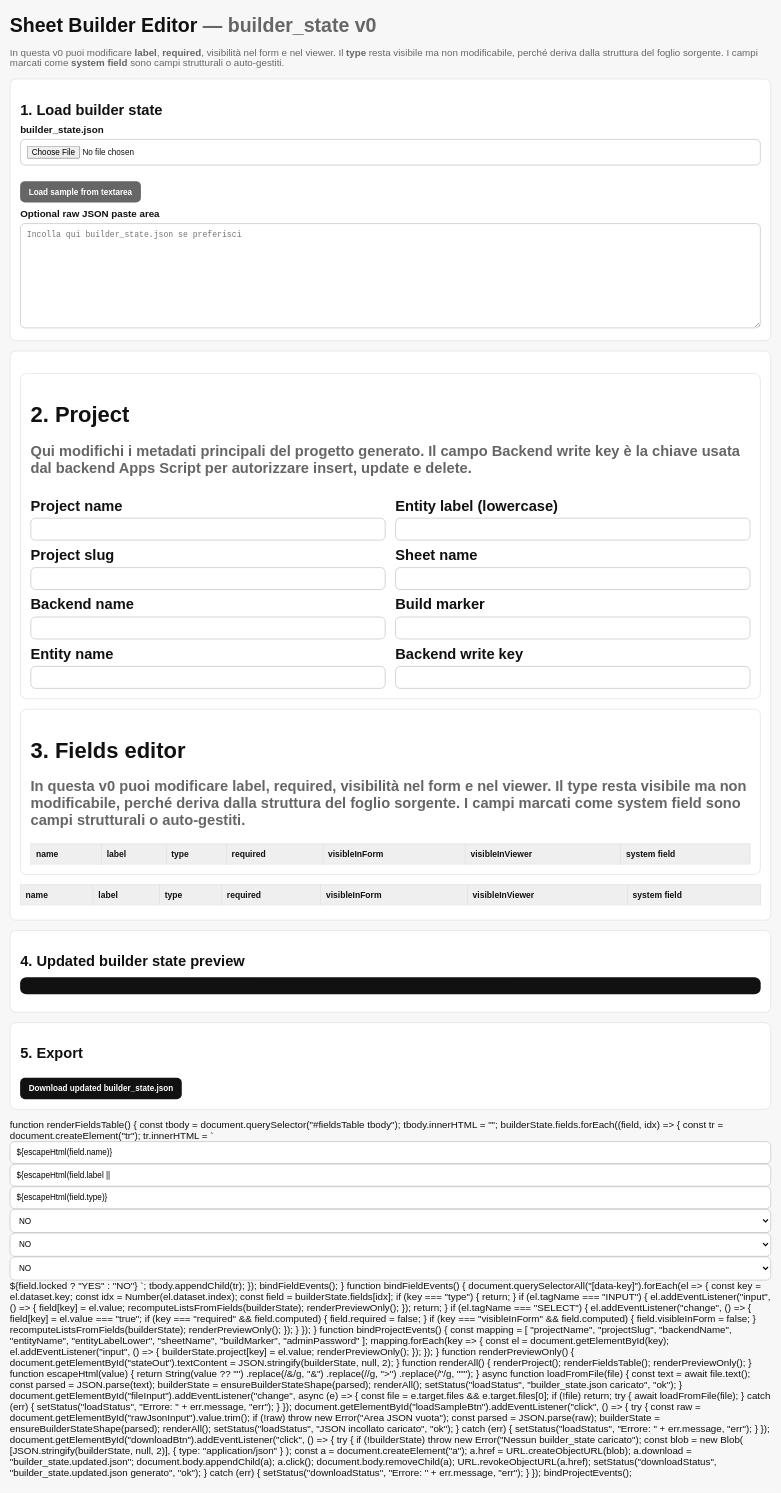
Repository: progettazionemauro/sheets.builder
Page: docs/builder.html
These files come from the project's save history. The page is drawn as it stood at one moment and after the next save; the edit follows.
The browser window is 1280 px wide. The pictures show the whole page, at 61% of full size.

Above is the page before, as saved 2026-04-13 20:19:49.

After the next save:
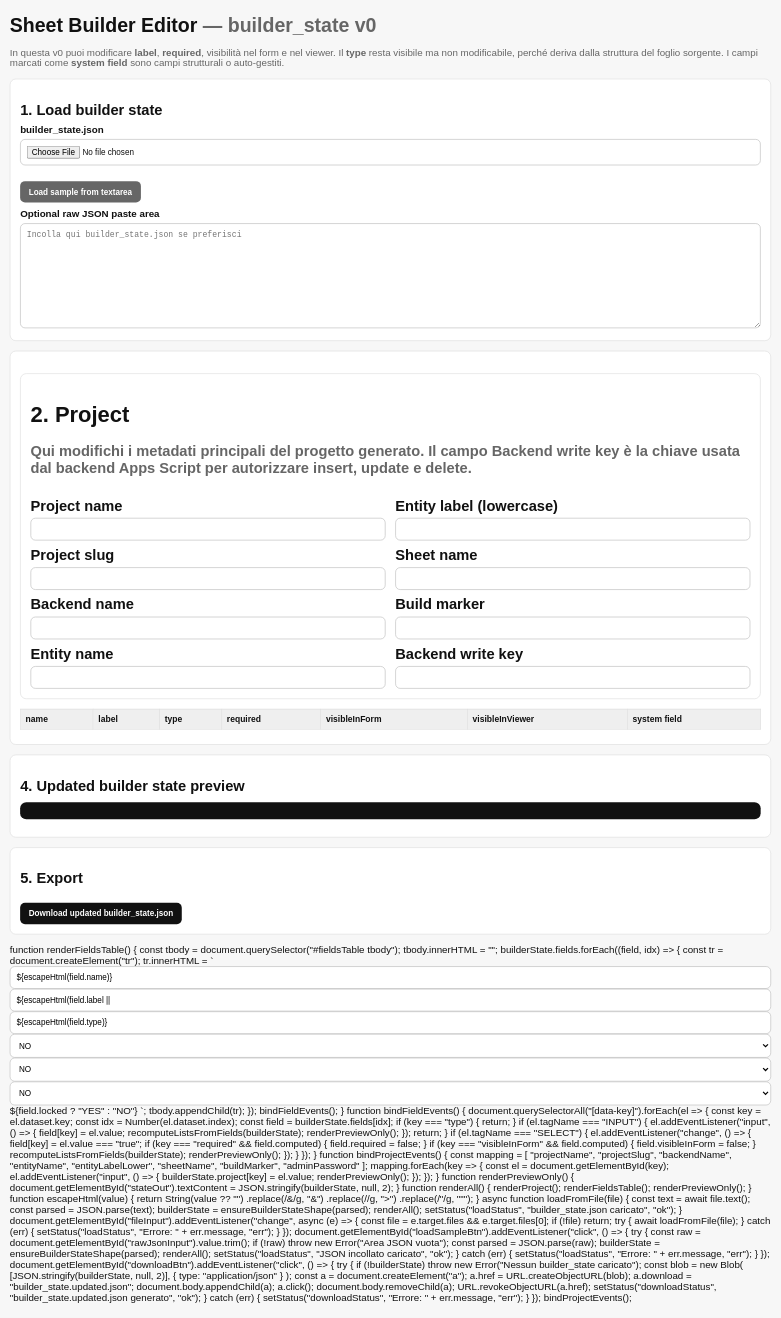
Saved 5 s later.
--- a/docs/builder.html
+++ b/docs/builder.html
@@ -194,29 +194,7 @@
   </div>
 </div>
 
-  <div class="card">
-  <h2>3. Fields editor</h2>
-  <p class="muted">
-    In questa v0 puoi modificare <b>label</b>, <b>required</b>, visibilità nel form e nel viewer.
-    Il <b>type</b> resta visibile ma non modificabile, perché deriva dalla struttura del foglio sorgente.
-    I campi marcati come <b>system field</b> sono campi strutturali o auto-gestiti.
-  </p>
-
-  <table id="fieldsTable">
-    <thead>
-      <tr>
-        <th>name</th>
-        <th>label</th>
-        <th>type</th>
-        <th>required</th>
-        <th>visibleInForm</th>
-        <th>visibleInViewer</th>
-        <th>system field</th>
-      </tr>
-    </thead>
-    <tbody></tbody>
-  </table>
-</div>
+
 
         <table id="fieldsTable">
       <thead>

After the save that followed:
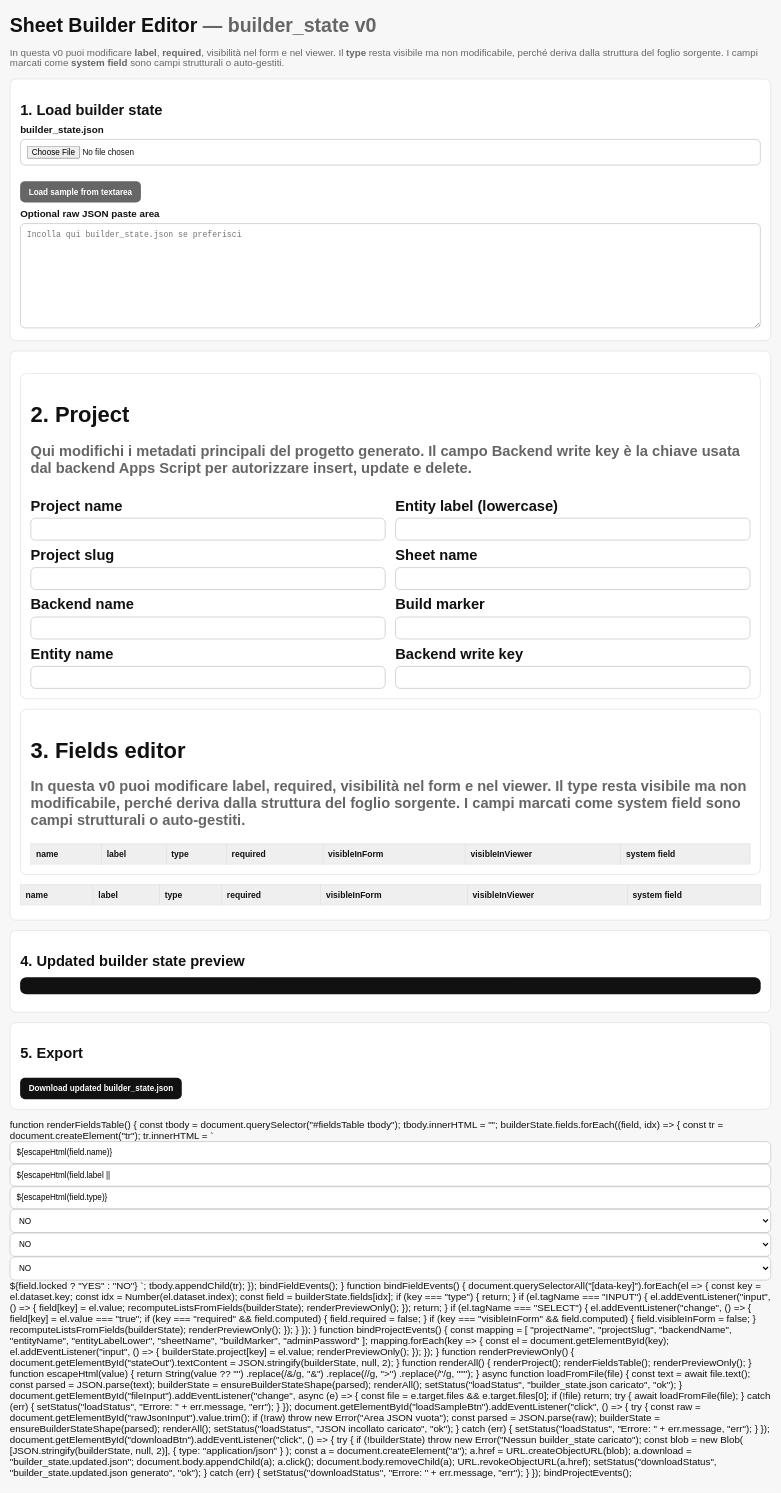
Saved 6 s later.
--- a/docs/builder.html
+++ b/docs/builder.html
@@ -194,7 +194,29 @@
   </div>
 </div>
 
-
+  <div class="card">
+  <h2>3. Fields editor</h2>
+  <p class="muted">
+    In questa v0 puoi modificare <b>label</b>, <b>required</b>, visibilità nel form e nel viewer.
+    Il <b>type</b> resta visibile ma non modificabile, perché deriva dalla struttura del foglio sorgente.
+    I campi marcati come <b>system field</b> sono campi strutturali o auto-gestiti.
+  </p>
+
+  <table id="fieldsTable">
+    <thead>
+      <tr>
+        <th>name</th>
+        <th>label</th>
+        <th>type</th>
+        <th>required</th>
+        <th>visibleInForm</th>
+        <th>visibleInViewer</th>
+        <th>system field</th>
+      </tr>
+    </thead>
+    <tbody></tbody>
+  </table>
+</div>
 
         <table id="fieldsTable">
       <thead>
